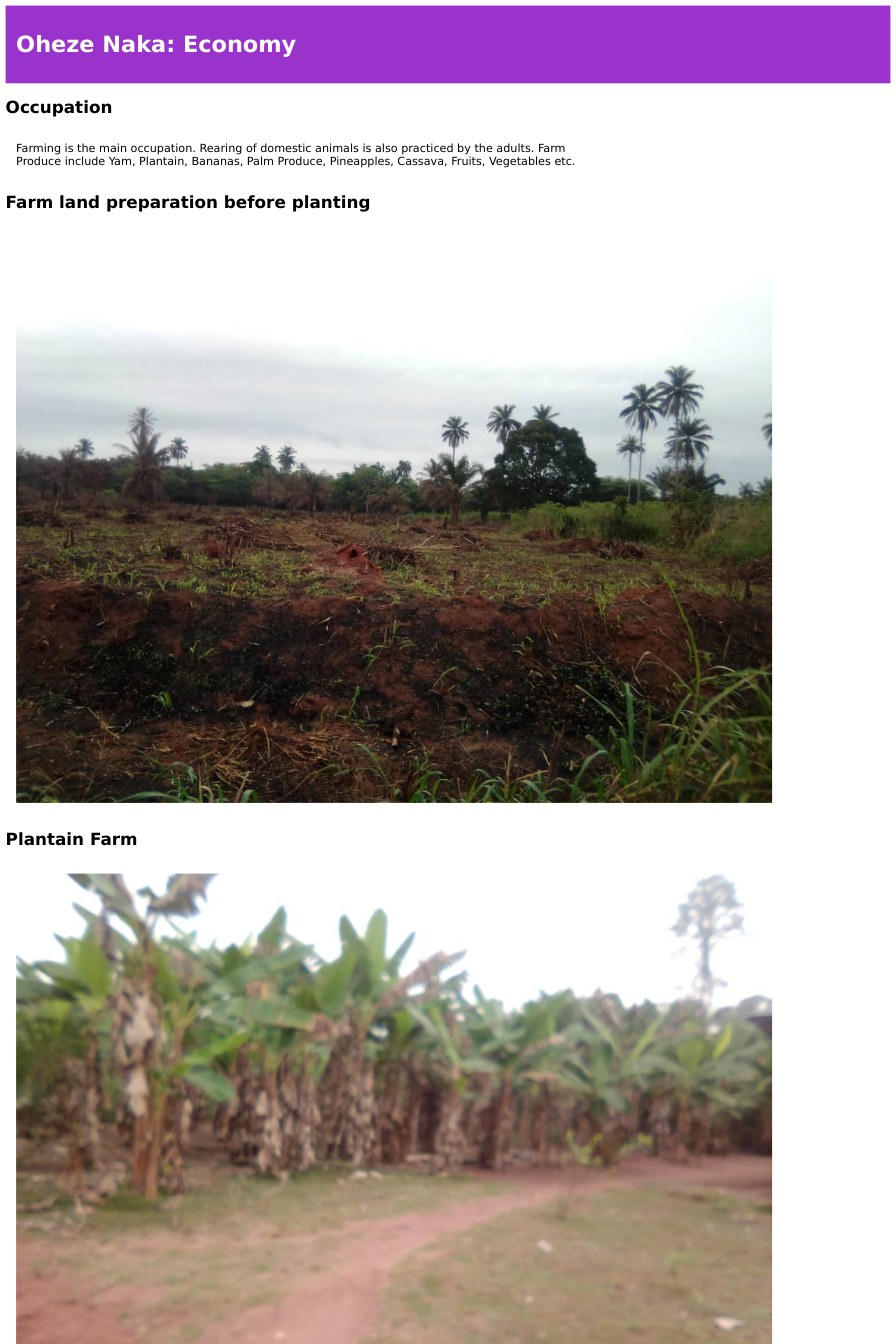
Repository: OtasowieRotimiOsifo/oheze-naka-forum
Page: economy.html
The author's editor kept a copy of each file at every save. The page is drawn from the files as they stood at one save, then again after the next save.
The browser window is 1280 px wide. The pictures show the part of the page from y = 0 to 1920 px (the page is 6706 px tall before and 6725 px after), at 70% of full size.

Above is the page before, as saved 2021-04-01 23:16:40.

After the next save:
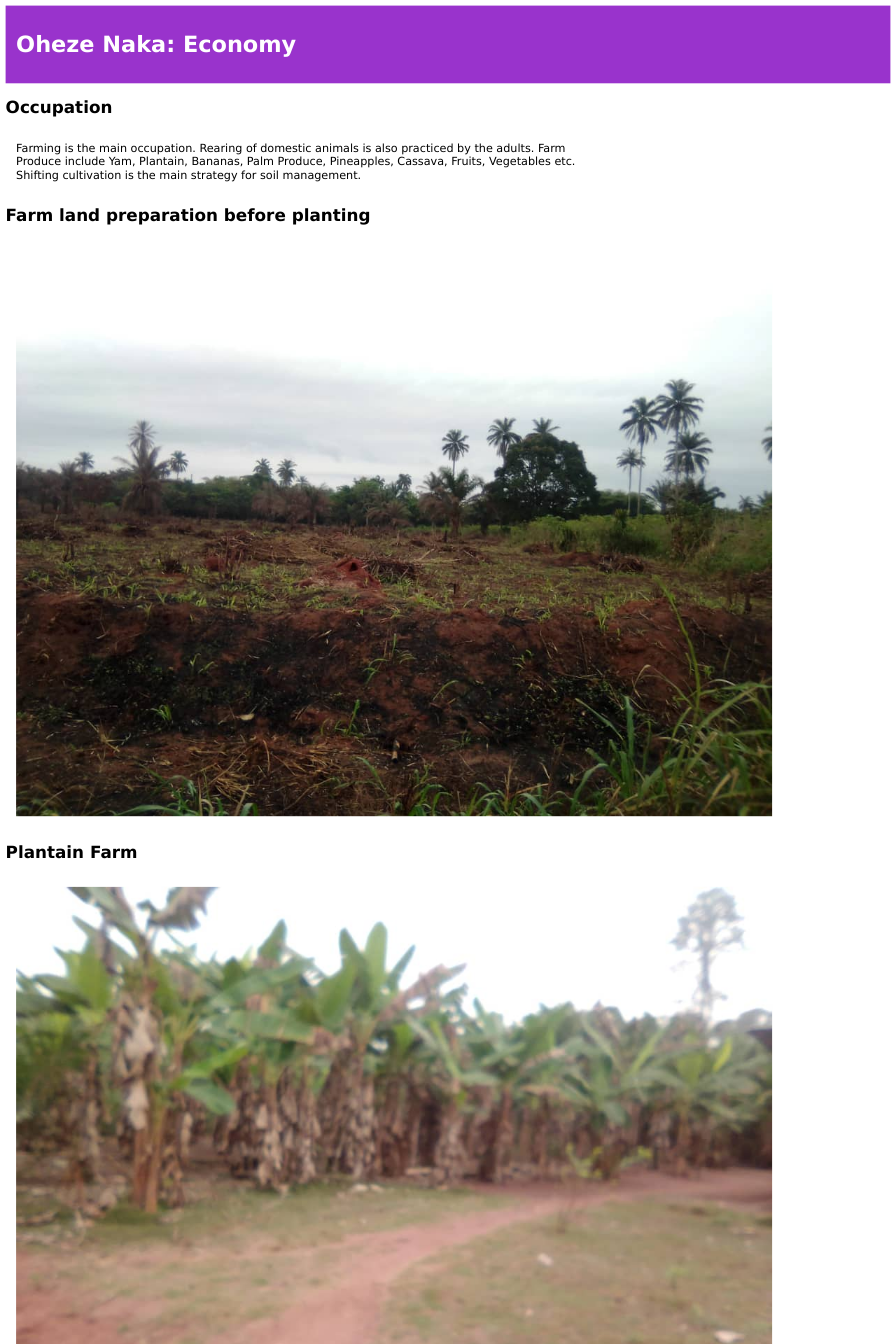
Saved 69 s later.
--- a/economy.html
+++ b/economy.html
@@ -112,6 +112,7 @@ html {
   <div class="col-8 col-s-9">
       <span>Farming is the main occupation. Rearing of domestic animals is also practiced by the adults. </span>
       <span>Farm Produce include Yam, Plantain, Bananas, Palm Produce, Pineapples, Cassava, Fruits, Vegetables etc.</span>
+      <span>Shifting cultivation is the main strategy for soil management.</span>
     </div>
   </div>
   <div class="row">
